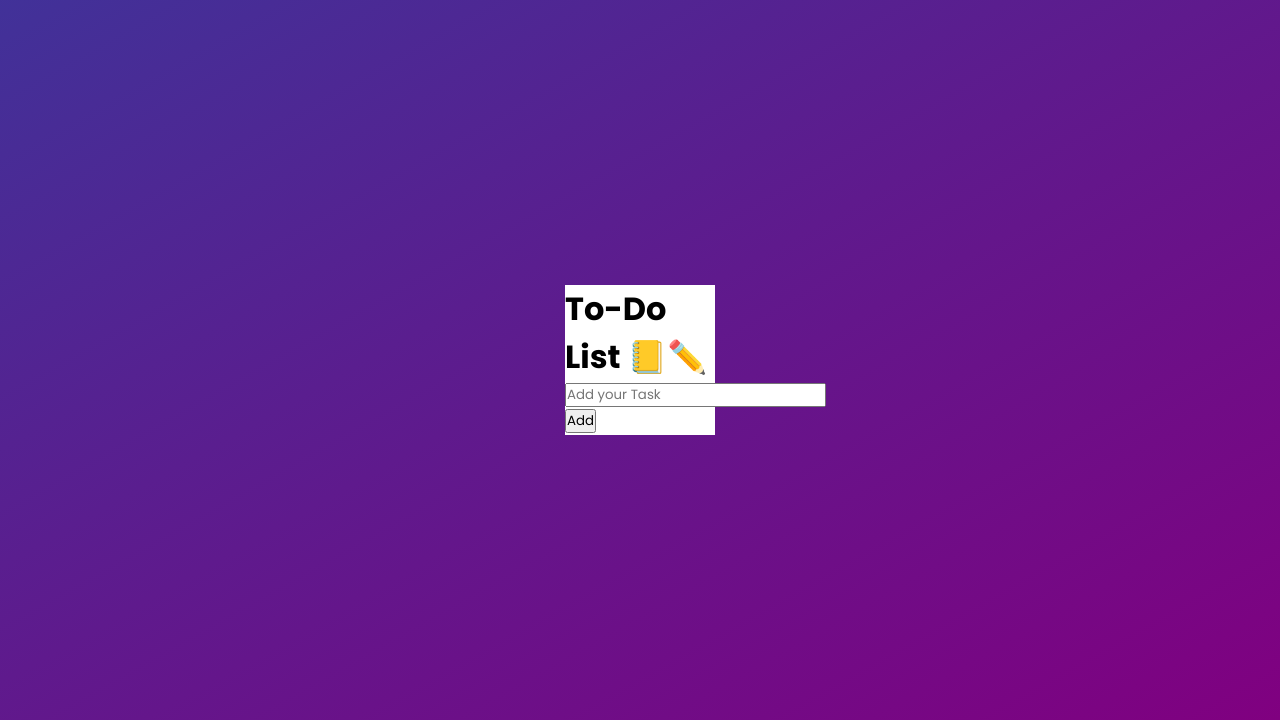
Repository: Ankitkr2021/To-Do-List
Page: index.html
These files come from the project's save history. The page is drawn as it stood at one moment and after the next save; the edit follows.
The browser window is 1280 px wide. The pictures show the whole page.

Above is the page before, as saved 2025-10-03 10:02:46.

After the next save:
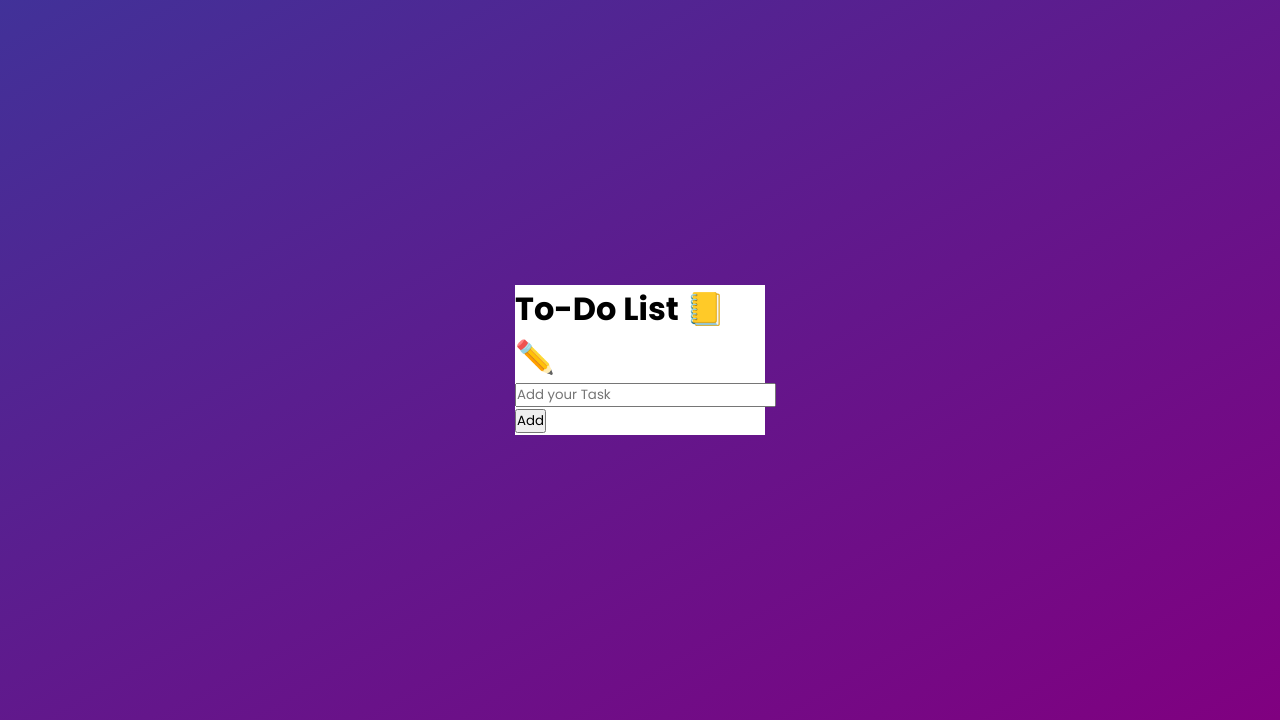
Saved 4 s later.
--- a/style.css
+++ b/style.css
@@ -19,5 +19,5 @@ body{
     background: #fff;
     height: 150px;
     max-height: 300px;
-    width: 150px;
+    width: 250px;
 }
